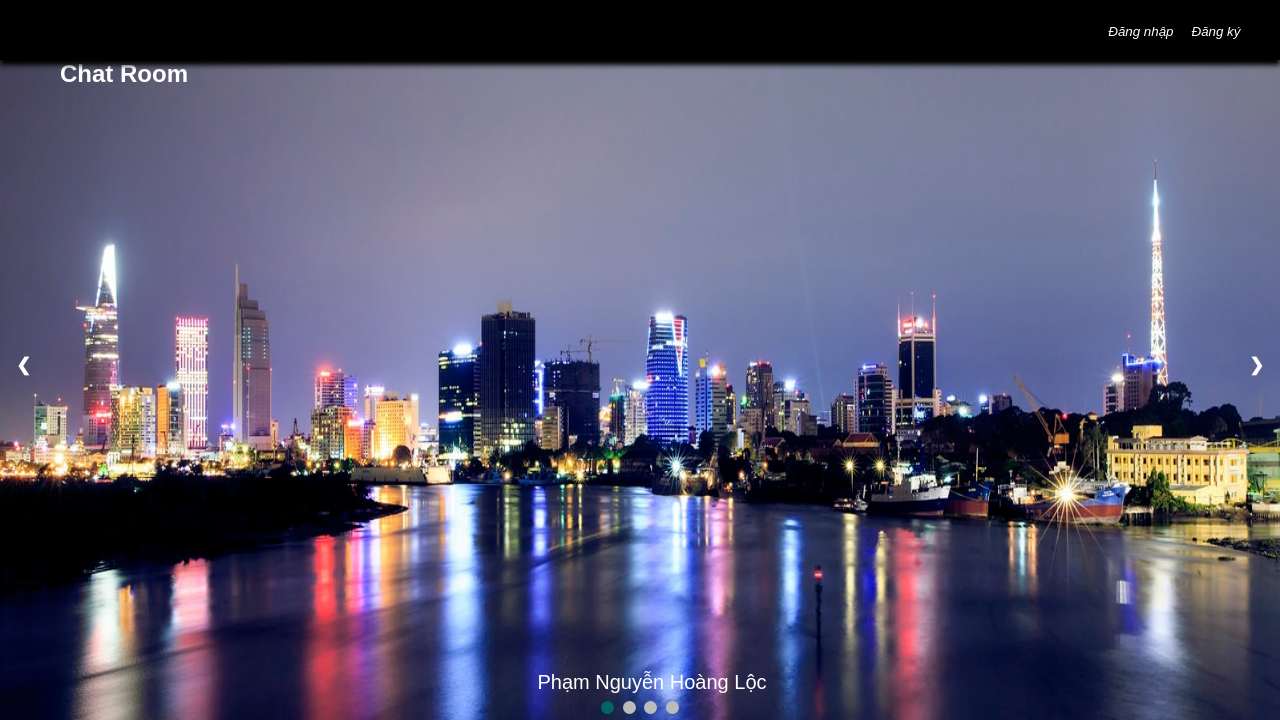
Repository: viplocpro/jsp
Page: ChatServlet/WebContent/index.html
The author's editor kept a copy of each file at every save. The page is drawn from the files as they stood at one save, then again after the next save.
The browser window is 1280 px wide. The pictures show the whole page.

Above is the page before, as saved 2016-10-13 03:10:41.

After the next save:
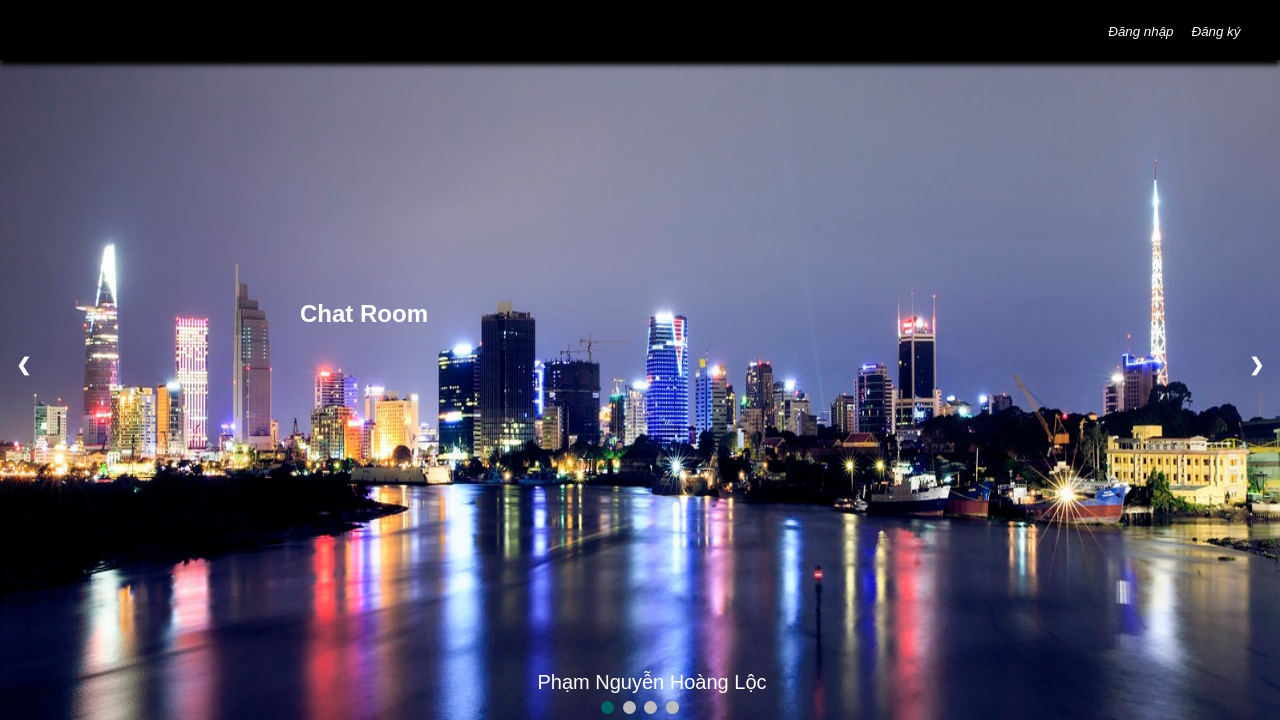
Saved 20 s later.
--- a/ChatServlet/WebContent/style/style.css
+++ b/ChatServlet/WebContent/style/style.css
@@ -172,8 +172,8 @@ body{
 	font-size: 150%;
 	font-weight: bold;
 	position: absolute;
-	top: 60px;
-	left: 60px;
+	top: 300px;
+	left: 300px;
 }
 
 .active, .dot:hover {
